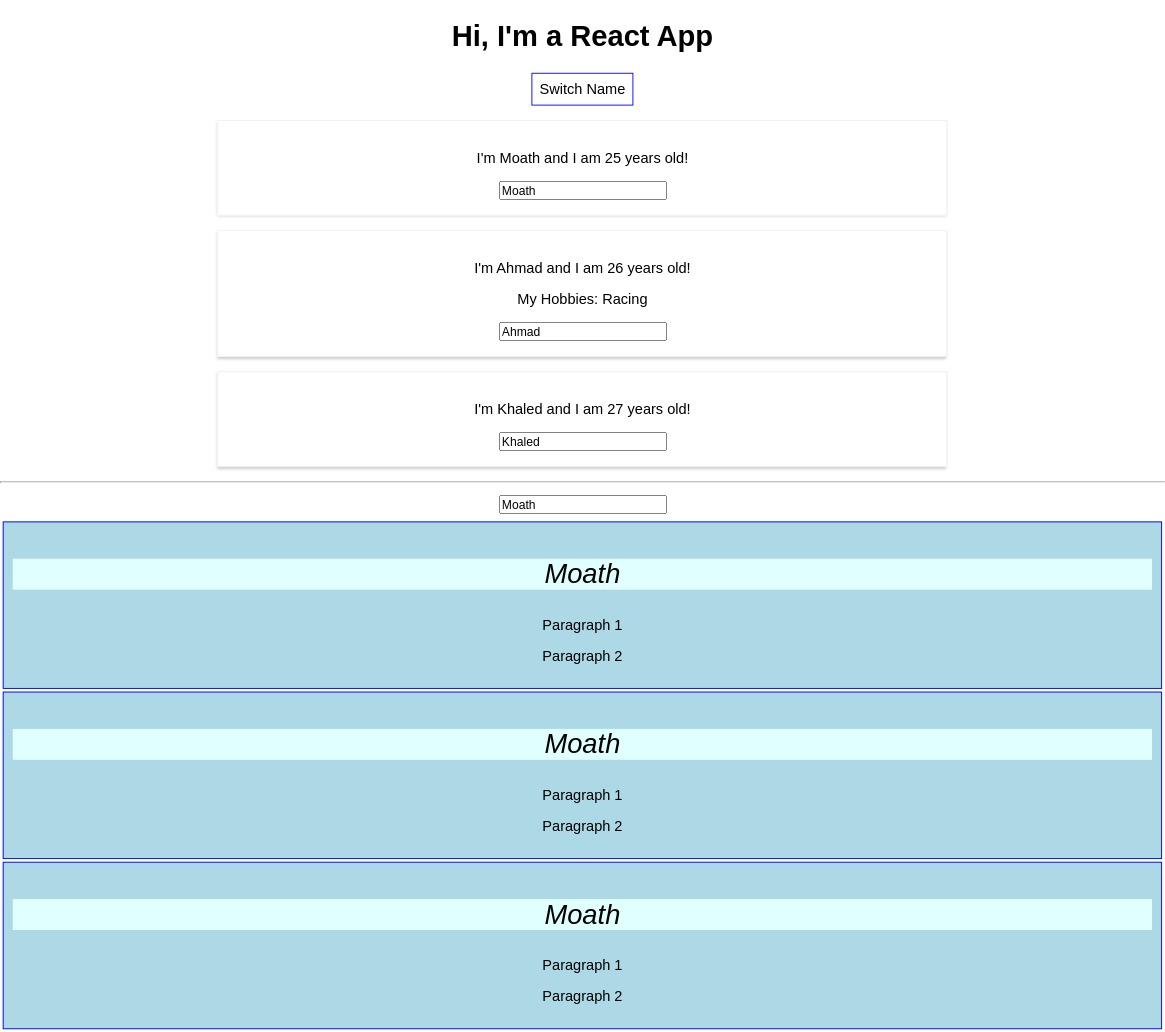
Repository: MuathYHKefayah/React-Basics
Page: /
These files come from the project's save history. The page is drawn as it stood at one moment and after the next save; the edit follows.
The browser window is 1280 px wide. The pictures show the whole page, at 91% of full size.
The project was rebuilt for these pictures with package versions that can differ from the ones it lists, and the page was loaded fresh each time.

Above is the page before, as saved 2020-12-12 10:27:48.

After the next save:
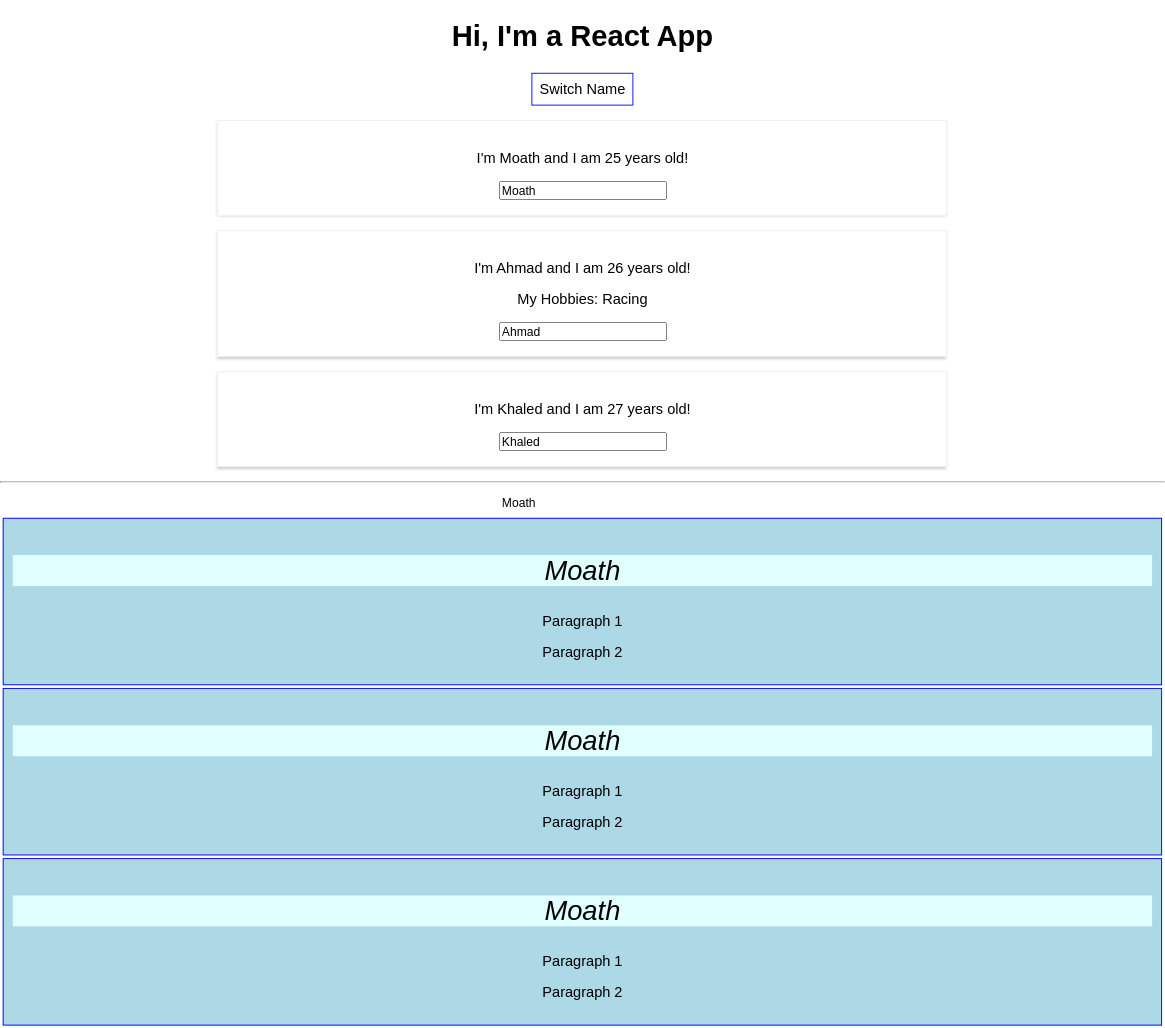
Saved 2 min 29 s later.
--- a/src/UserInput/UserInput.js
+++ b/src/UserInput/UserInput.js
@@ -4,7 +4,9 @@
 class UserInput extends Component{
     render(){
         const style = {
-            margin: '5px'
+            margin: '5px',
+            border: '#8b8a8b',
+            focusH: '245'
         }
         return(
             <div className="UserInput">

After the 2 saves that followed:
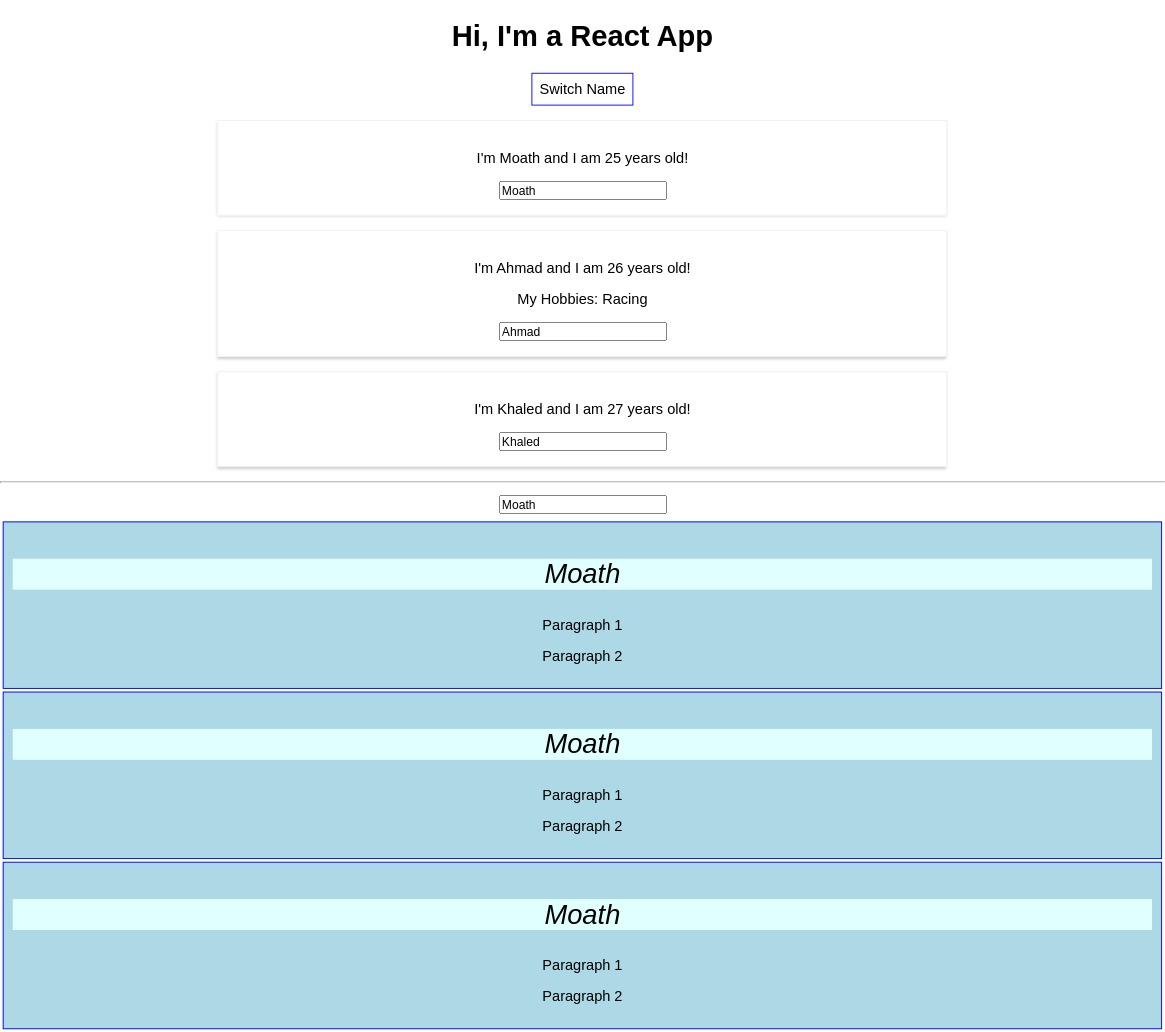
The 2 saves are shown as one change because 1 left the picture as it was.
The last was saved 37 s later.
--- a/src/UserInput/UserInput.js
+++ b/src/UserInput/UserInput.js
@@ -5,8 +5,7 @@
     render(){
         const style = {
             margin: '5px',
-            border: '#8b8a8b',
-            focusH: '245'
+            //border: '#8b8a8b',
         }
         return(
             <div className="UserInput">
